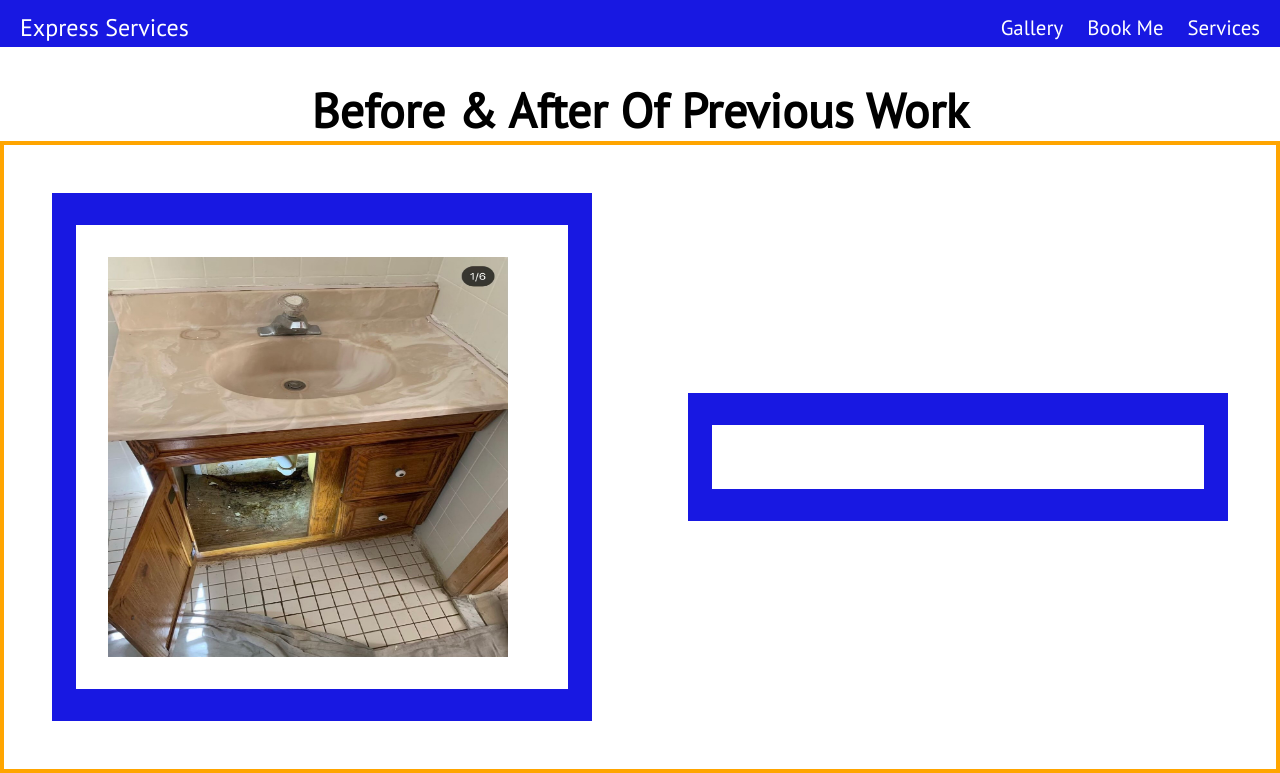
Repository: DrummerDee/mir-miami
Page: /Gallery (app in mr-miami/)
The author's editor kept a copy of each file at every save. The page is drawn from the files as they stood at one save, then again after the next save.
The browser window is 1280 px wide. The pictures show the whole page.
The project was rebuilt for these pictures with package versions that can differ from the ones it lists, and the page was loaded fresh each time. Also part of the build but not shown: mr-miami/src/Styles/Services.css, mr-miami/src/Components/Services.js, mr-miami/src/Components/Homepage.js, mr-miami/src/Styles/Calendar.css, mr-miami/src/Styles/Times.css, mr-miami/src/Components/Times.js, mr-miami/src/Components/Time.js, mr-miami/src/Components/BookMe.js.

Above is the page before, as saved 2022-09-08 22:17:51.

After the next save:
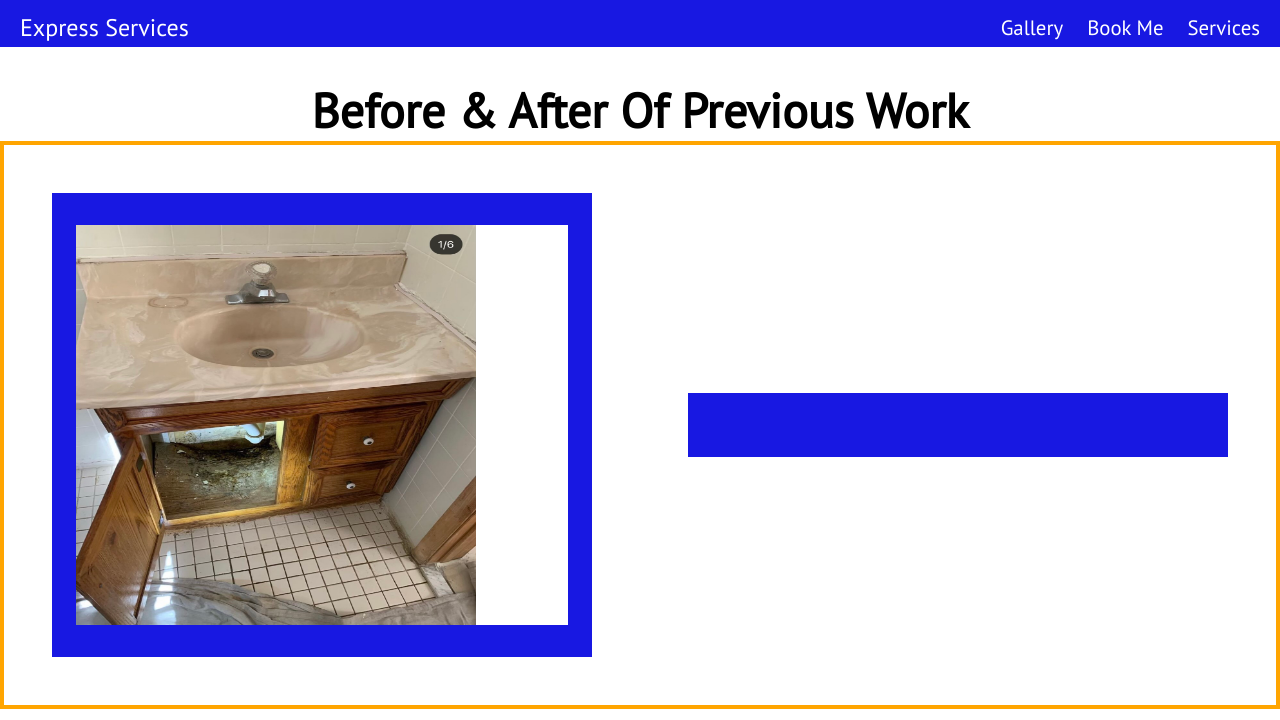
Saved 9 s later.
--- a/mr-miami/src/Styles/App.css
+++ b/mr-miami/src/Styles/App.css
@@ -23,7 +23,7 @@
 }
 
 .box {
-  padding: 2rem;
+  padding: 2rem auto;
   background-color: #FFF;
   transition: all 0.8s;
   display: flex;

After the save that followed:
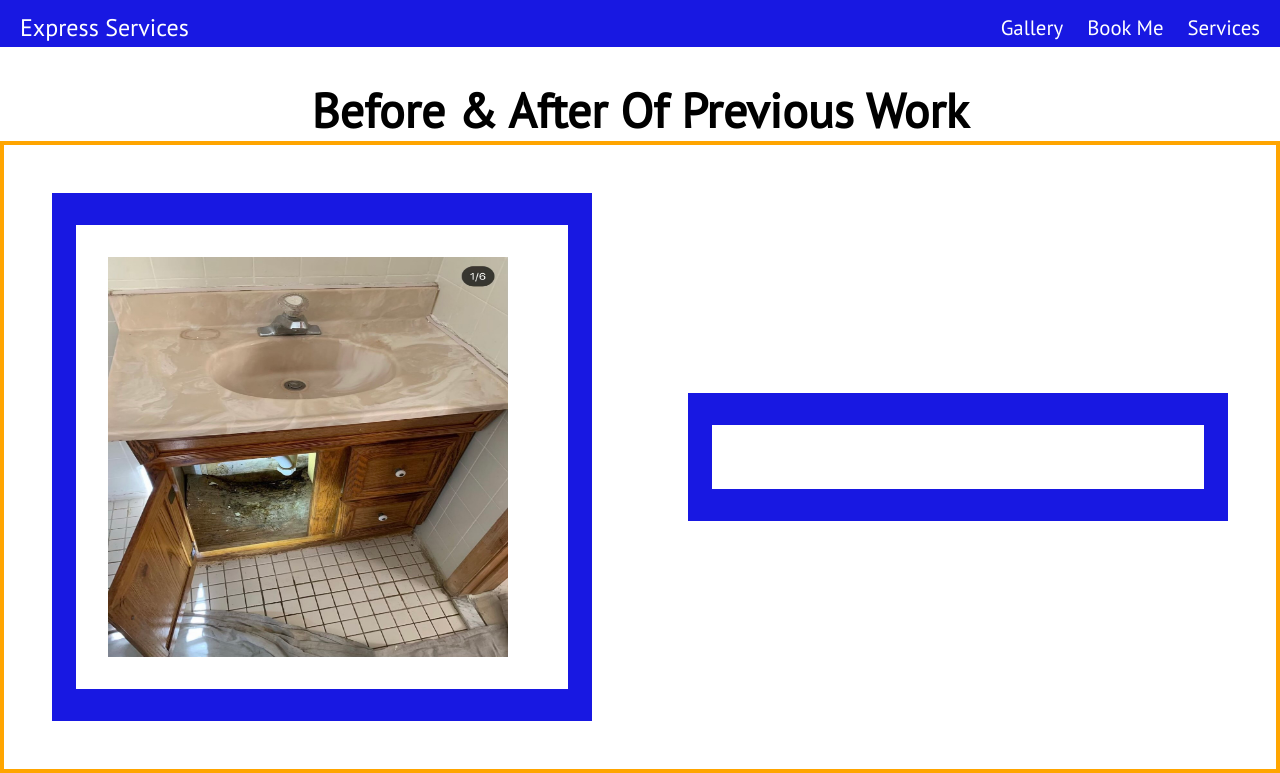
Saved 6 s later.
--- a/mr-miami/src/Styles/App.css
+++ b/mr-miami/src/Styles/App.css
@@ -23,7 +23,7 @@
 }
 
 .box {
-  padding: 2rem auto;
+  padding: 2rem;
   background-color: #FFF;
   transition: all 0.8s;
   display: flex;
